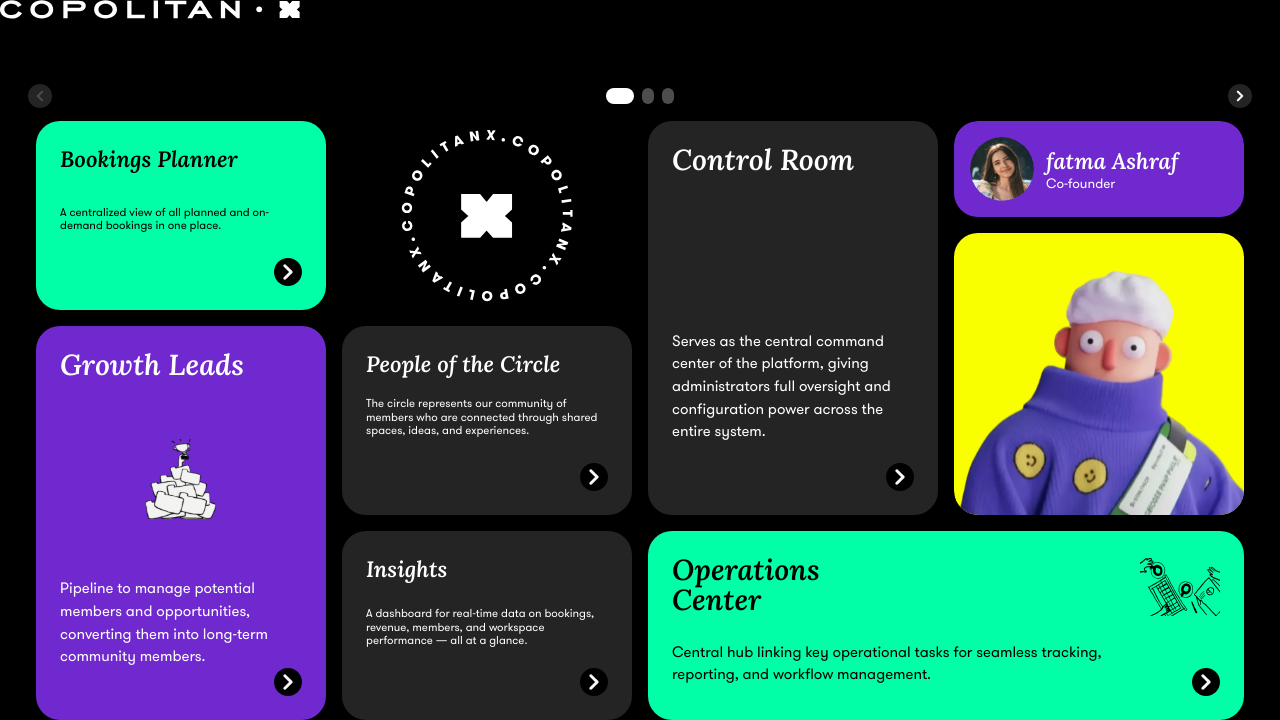
Repository: mohameddtalal/Copolitan-X
Page: /dashboard
The author's editor kept a copy of each file at every save. The page is drawn from the files as they stood at one save, then again after the next save.
The browser window is 1280 px wide. The pictures show the whole page.
The project was rebuilt for these pictures with package versions that can differ from the ones it lists, and the page was loaded fresh each time. The framework's server and built-in components were replaced by stand-ins that run in the browser. Also part of the build but not shown: next.config.ts.

Above is the page before, as saved 2026-02-10 13:37:33.

After the next save:
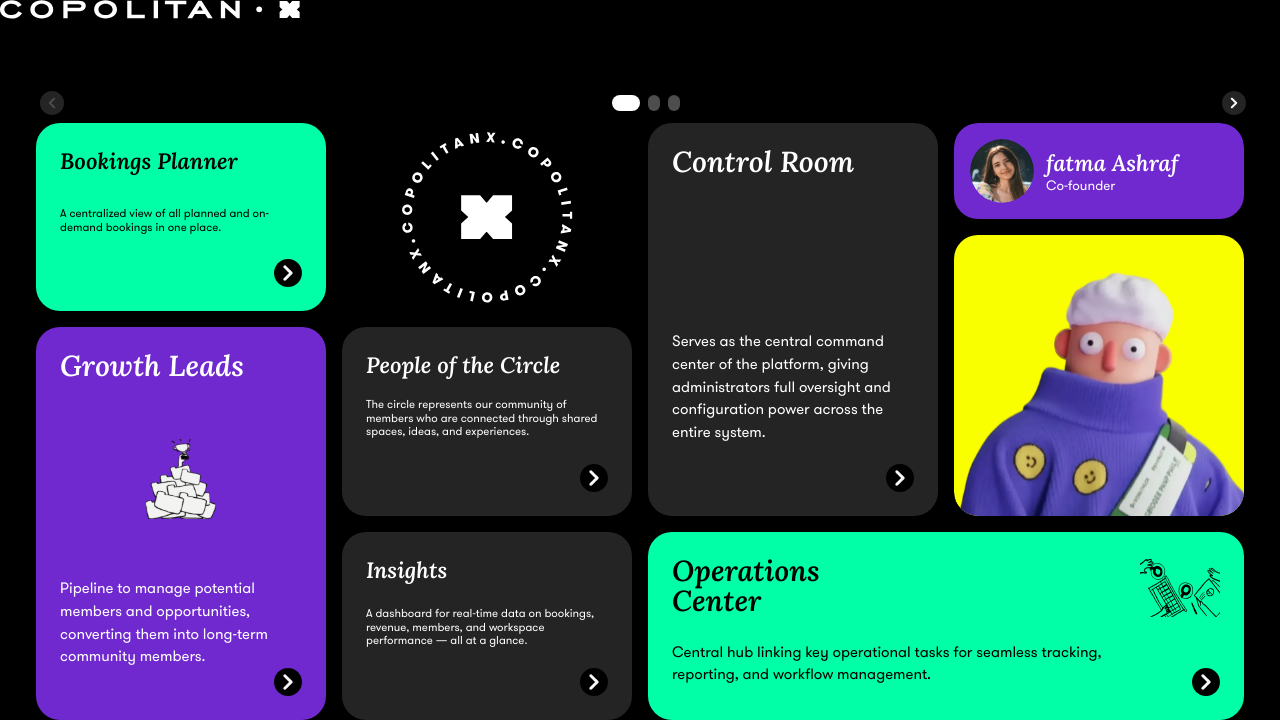
Saved 62 min 54 s later.
--- a/src/components/Navigation/Navigation.tsx
+++ b/src/components/Navigation/Navigation.tsx
@@ -16,8 +16,8 @@ export default function Navigation({
   onNext: () => void;
 }) {
   return (
-    <div className="flex items-center justify-between mb-1.5 sm:mb-3 shrink-0 h-[26px]">
-      <div className="flex gap-2 sm:gap-3 justify-between w-full items-center">
+    <div className="flex items-center justify-between  shrink-0 px-1 sm:px-1 md:px-2 lg:px-3 xl:px-3  ">
+      <div className="flex  justify-between w-full items-center">
         <button
           onClick={onPrev}
           disabled={currentPage === 0}
@@ -45,7 +45,7 @@ export default function Navigation({
         <button
           onClick={onNext}
           disabled={currentPage === totalPages - 1}
-          className={`rounded-full p-0.5 sm:p-0.6 md:p-0.8 lg:p-1 xl:p-2 transition-all ${
+          className={`rounded-full p-0.5  transition-all  ${
             currentPage === totalPages - 1 ? 'cursor-not-allowed' : 'cursor-pointer'
           }`}
         >
